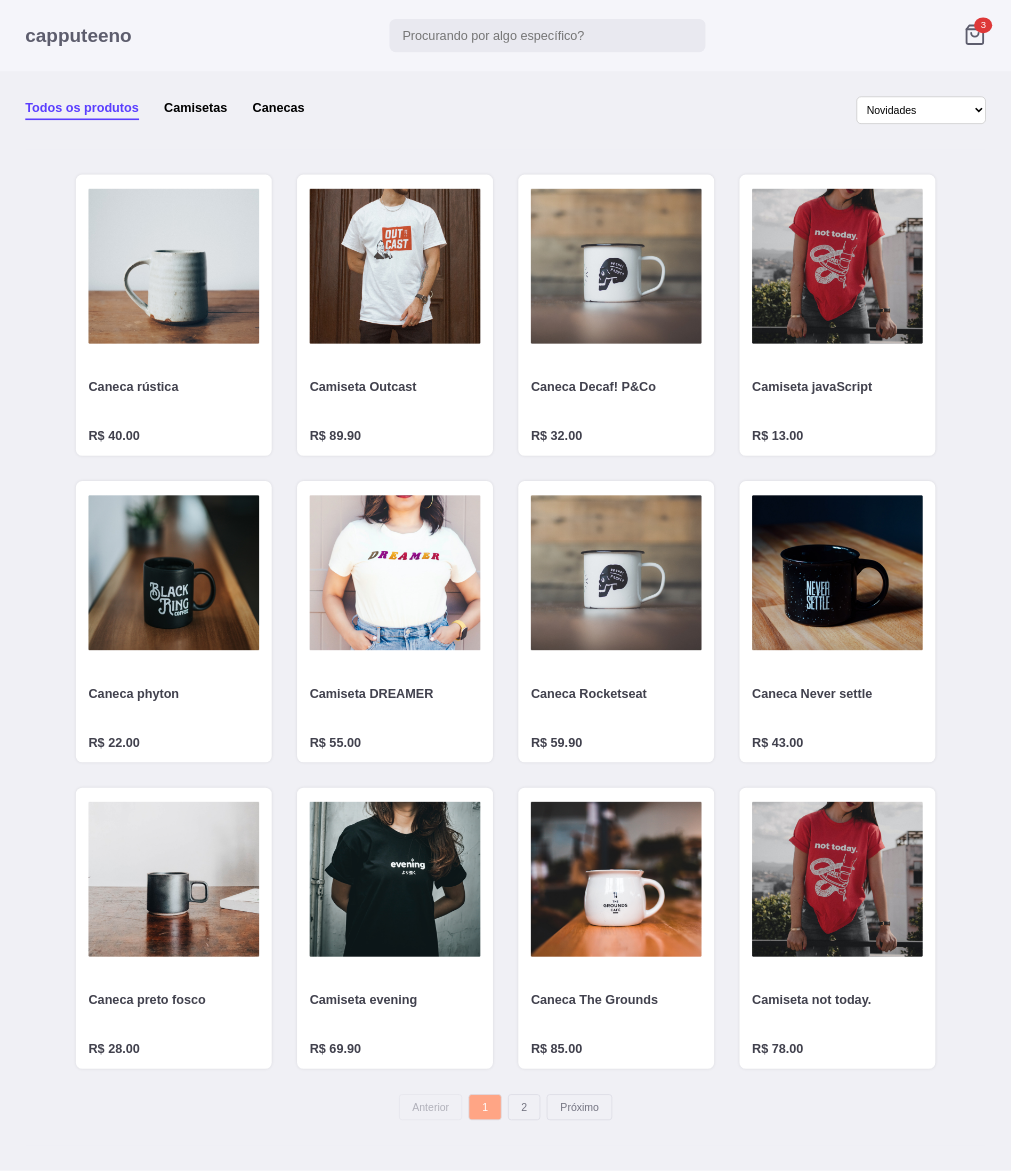
Repository: Biel-barbosa/capputeenoecomerce
Page: /
The author's editor kept a copy of each file at every save. The page is drawn from the files as they stood at one save, then again after the next save.
The browser window is 1280 px wide. The pictures show the whole page, at 79% of full size.
The project was rebuilt for these pictures with package versions that can differ from the ones it lists, and the page was loaded fresh each time. The framework's server and built-in components were replaced by stand-ins that run in the browser. Also part of the build but not shown: next.config.ts.

Above is the page before, as saved 2025-04-23 11:55:19.

After the next save:
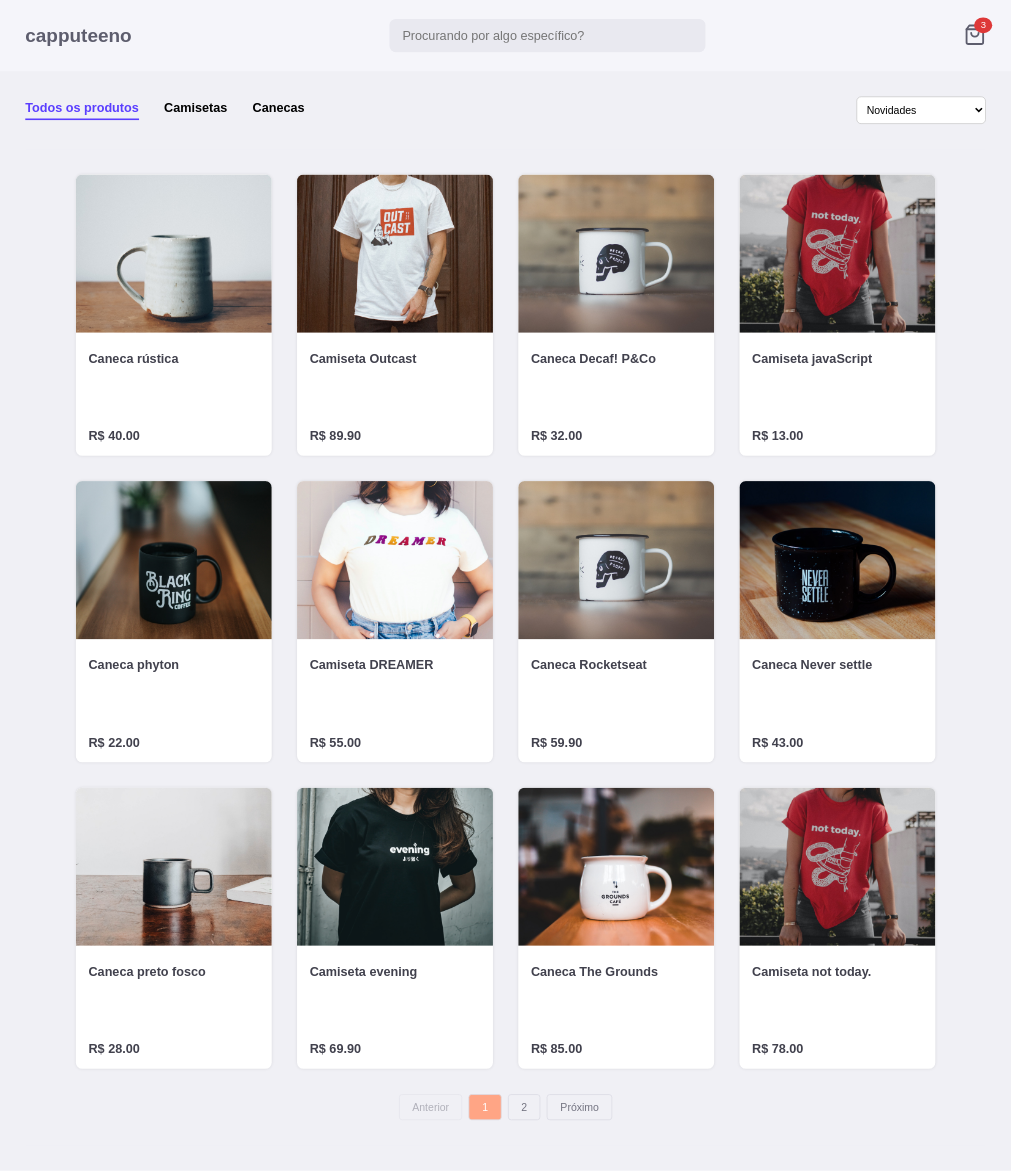
Saved 6 min 53 s later.
--- a/src/components/ProductsList.tsx
+++ b/src/components/ProductsList.tsx
@@ -3,10 +3,10 @@ import styled from 'styled-components';
 import { Product } from '@/data/products';
 
 type Props = {
-    products: Product[];
-    currentPage: number;
-    totalPages: number;
-    onPageChange: (page: number) => void;
+  products: Product[];
+  currentPage: number;
+  totalPages: number;
+  onPageChange: (page: number) => void;
 };
 
 const Container = styled.main`
@@ -35,17 +35,25 @@ const ProductCard = styled.div`
   border-radius: 8px;
   width: 248px;
   height: 356px;
-  box-shadow: 0 0 4px rgba(0,0,0,0.1);
+  box-shadow: 0 0 4px rgba(0, 0, 0, 0.1);
+  display: flex;
+  flex-direction: column;
+  justify-content: space-between;
+  overflow: hidden; /* Garante que a imagem não ultrapasse os limites do card */
+`;
+
+const ProductImage = styled.img`
+  width: 100%;
+  height: 200px; /* Ajuste a altura conforme necessário */
+  object-fit: cover; /* Faz a imagem ocupar todo o espaço disponível */
+`;
+
+const ProductInfo = styled.div`
   padding: 1rem;
   display: flex;
   flex-direction: column;
   justify-content: space-between;
-`;
-
-const ProductImage = styled.img`
-  width: 100%;
-  height: 200px;
-  object-fit: contain;
+  height: 156px; /* O restante da altura do card após a imagem */
 `;
 
 const ProductTitle = styled.h3`
@@ -81,42 +89,44 @@ const PageButton = styled.button<{ isActive: boolean }>`
 `;
 
 const ProductsList = ({ products, currentPage, totalPages, onPageChange }: Props) => {
-    return (
-        <Container>
-            <ProductsGrid>
-                {products.map((product) => (
-                    <ProductCard key={product.id}>
-                        <ProductImage src={product.image} alt={product.title} />
-                        <ProductTitle>{product.title}</ProductTitle>
-                        <ProductPrice>R$ {product.price.toFixed(2)}</ProductPrice>
-                    </ProductCard>
-                ))}
-            </ProductsGrid>
+  return (
+    <Container>
+      <ProductsGrid>
+        {products.map((product) => (
+          <ProductCard key={product.id}>
+            <ProductImage src={product.image} alt={product.title} />
+            <ProductInfo>
+              <ProductTitle>{product.title}</ProductTitle>
+              <ProductPrice>R$ {product.price.toFixed(2)}</ProductPrice>
+            </ProductInfo>
+          </ProductCard>
+        ))}
+      </ProductsGrid>
 
-            <PaginationContainer>
-                <PageButton onClick={() => onPageChange(currentPage - 1)} disabled={currentPage === 1} isActive={false}>
-                    Anterior
-                </PageButton>
+      <PaginationContainer>
+        <PageButton onClick={() => onPageChange(currentPage - 1)} disabled={currentPage === 1} isActive={false}>
+          Anterior
+        </PageButton>
 
-                {[...Array(totalPages)].map((_, index) => {
-                    const page = index + 1;
-                    return (
-                        <PageButton
-                            key={page}
-                            onClick={() => onPageChange(page)}
-                            isActive={currentPage === page}
-                        >
-                            {page}
-                        </PageButton>
-                    );
-                })}
+        {[...Array(totalPages)].map((_, index) => {
+          const page = index + 1;
+          return (
+            <PageButton
+              key={page}
+              onClick={() => onPageChange(page)}
+              isActive={currentPage === page}
+            >
+              {page}
+            </PageButton>
+          );
+        })}
 
-                <PageButton onClick={() => onPageChange(currentPage + 1)} disabled={currentPage === totalPages} isActive={false}>
-                    Próximo
-                </PageButton>
-            </PaginationContainer>
-        </Container>
-    );
+        <PageButton onClick={() => onPageChange(currentPage + 1)} disabled={currentPage === totalPages} isActive={false}>
+          Próximo
+        </PageButton>
+      </PaginationContainer>
+    </Container>
+  );
 };
 
 export default ProductsList;
